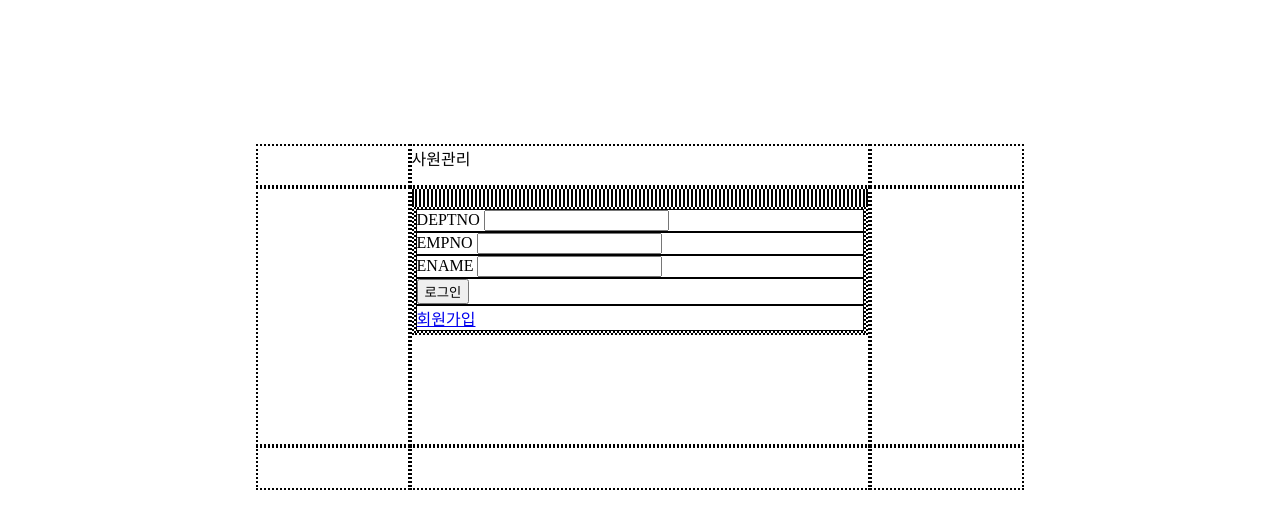
Repository: rmsgh2392/jee-company
Page: http://localhost/company/facade.do
The author's editor kept a copy of each file at every save. The page is drawn from the files as they stood at one save, then again after a run of saves.
The browser window is 1280 px wide. The pictures show the whole page.
The page is served by Tomcat 9. Other server files are loaded and not shown.

Above is the page before, as saved 2019-10-07 10:20:10.

### company/WebContent/WEB-INF/views/facade/main.jsp
<%@ page language="java" contentType="text/html; charset=UTF-8"
    pageEncoding="UTF-8"%>
<%@taglib prefix="e" uri="http://java.sun.com/jsp/jstl/core"%>
<jsp:include page="../common/head.jsp"/>
<div class="container">
<div></div> <div>사원관리</div> <div></div>
<div></div>
<div class="content">
<e:choose>
	<e:when test="${page eq 'login'}">
		<jsp:include page="login.jsp"/>
	</e:when>
	<e:when test="${page eq 'join'}">
		<jsp:include page="join.jsp"/>
	</e:when>
	<e:when test="${page eq 'mypage'}">
		<jsp:include page="mypage.jsp"/>
	</e:when>
</e:choose>
</div>
<div></div>
<div></div>
<div></div>
<div></div>
</div>
<jsp:include page="../common/foot.jsp"/>
<script>
app.init('${ctx}');
</script>

### company/WebContent/WEB-INF/views/common/head.jsp
<%@ page language="java" contentType="text/html; charset=UTF-8"
    pageEncoding="UTF-8"%>
<!DOCTYPE html>
<html>
<head>
<meta charset="UTF-8">
<title>Insert title here</title>
<script src="${js}/jquery.js"></script>
<link rel="stylesheet" type="text/css" href="${css}/style.css"/></link>
<script src="${js}/app.js"></script>
</head>
<body>
<div class="wrapper">
<div></div> <div></div> <div></div>
<div></div>

### company/WebContent/WEB-INF/views/facade/login.jsp
<%@ page language="java" contentType="text/html; charset=UTF-8"
    pageEncoding="UTF-8"%>
<div></div><div></div>
<div></div><div></div>
<div>
<form id="login_form">
	<div id="login_tab">
		<div id="login_tab_item_1">
			DEPTNO <input id="deptname" class="login_text" type="text" name="deptNo"/>
		</div>
		<div id="login_tab_item_2">
			EMPNO <input id="username" class="login_text" type="text" name="empNo"/>
		</div>
		<div id="login_tab_item_3">
			ENAME <input id="userpw" class="login_text" type="text" name="ename"/>
		</div>
		<div id="login_tab_item_4">
			<input id="login_btn" type="button" value="로그인"/>
		</div>
		<div id="login_tab_item_5">
			<a id="a_join" href="#">회원가입</a>
		</div>
		<input type="hidden" name="action" value="login"/>
		<input type="hidden" name="page" value="mypage"/>
	</div>
</form>
</div>
<script>
app.init('${ctx}');
</script>

### company/WebContent/WEB-INF/views/common/foot.jsp
<%@ page language="java" contentType="text/html; charset=UTF-8"
    pageEncoding="UTF-8"%>
<div></div> <div></div> <div></div>
<div></div>
</body>
</html>

### company/src/com/company/web/controllers/FacadeController.java
package com.company.web.controllers;

import java.io.IOException;
import javax.servlet.ServletException;
import javax.servlet.annotation.WebServlet;
import javax.servlet.http.HttpServlet;
import javax.servlet.http.HttpServletRequest;
import javax.servlet.http.HttpServletResponse;

import com.company.web.pool.Constants;

@WebServlet("/facade.do")
public class FacadeController extends HttpServlet {
	private static final long serialVersionUID = 1L;

	enum Resources{
		CTX, CSS, JS
	}
	protected void doGet(HttpServletRequest request, HttpServletResponse response) throws ServletException, IOException {
		for(Resources r : Resources.values()) {
			if(r.toString().toLowerCase().equals("ctx")) {
				request.getSession().setAttribute(r.toString().toLowerCase(), request.getContextPath());
			}else {
				request.getSession().setAttribute(r.toString().toLowerCase(), request.getContextPath() + "/resources/" + r.toString().toLowerCase());

			}

		}
		if(request.getParameter("page")==null) {
			request.setAttribute("page", "login");
		}else {
			request.setAttribute("page", request.getParameter("page"));
		}
		request.getRequestDispatcher
		(String.format(Constants.DOUBLE_PATH
				,request.getServletPath().substring(1,request.getServletPath().indexOf(".")),"main"))
		.forward(request, response);

	}

}

### company/WebContent/resources/css/style.css
@charset "UTF-8";
html, body{
	margin: 0;
	height: 100%;
	overflow: hidden;
}
.wrapper{
	display : grid;
	width: 100%;
	height:100%;
	grid-template-columns: 20% 60% 20%;
	grid-template-rows: 20% 60% 20%;
}
.container{
	display : grid;
	width: 100%;
	height:100%;
	grid-template-columns: 20% 60% 20%;
	grid-template-rows : 10% 60% 10%;
}
.container div{border : 2px dotted black;}
#login_form{width:100%;height:100%}
#login_tab div{border : 1px solid black;}

### company/WebContent/resources/js/app.js
var app = (()=>{
	return {
		init : (ctx)=>{
			employeeService.login(ctx);
			employeeService.join(ctx);
			employeeService.moveJoin(ctx);

		}

	};

})();

var player = (()=>{
	var _empNo,_ename,_job,_mgr,_hireDate,_sal,_comm,_deptNo;

	var setDeptNo = (deptNo)=>{this.deptNo = deptNo;}
	var setEmpNo = (empNo)=>{this.empNo = empNo;}
	var setEname = (ename)=>{this.ename = ename;}
	var getDeptNo = ()=>{return this._deptNo;}
	var getEmpNo = ()=>{return this. _empNo;}
	var getEname = ()=>{return this._ename;}
	return {
		setDeptNo : setDeptNo,
		setEmpNo  :  setEmpNo ,
		setEname : setEname,
		getDeptNo : getDeptNo,
		getEmpNo : getEmpNo,
		getEname : getEname
	};
})();

var employeeService = (()=>{
	return {
		login : (ctx)=>{
			$('#login_btn').click(()=>{
				if($('#username').val()===''||$('#userpw').val()===''||$('#deptname').val()===''){
					alert('필수값이 없습니다.');
				}else{
					/*alert('입력한 값 아이디'+$('#username').val());*/
					$('#login_form').attr('action',ctx+'/company.do');
					$('#login_form').attr('method','GET');
					$('#login_form').submit();
				}

			});
		},
		join: (ctx)=>{
			$('#join_btn').click(()=>{
				if($('#join_empNo').val()===''||$('#join_ename').val()===''){
					alert('필수값이 없습니다.');
				}else{
					/*alert('입력한 값 아이디'+$('#join_empNo').val());*/
					$('#join_form').attr('action',ctx+'/company.do');
					$('#join_form').attr('method','GET');
					$('#join_form').submit();
				}
			});
		},
		moveJoin : (ctx)=>{
			$('#a_join').click(()=>{

				location.assign(ctx+'/facade.do?page=join')
			});
		},


		search: (ctx)=>{
			$('#find2').click(()=>{
				location.assign(ctx+'/player.do?action=search&page=a_position');
			});

			$('#find4').click(()=>{
				location.assign(ctx+'/player.do?action=search&page=4_find_by_teamid_position');

			});

		}

	};
})();

Loaded but not shown: company/WebContent/resources/js/jquery.js (library)

After the next 2 saves:
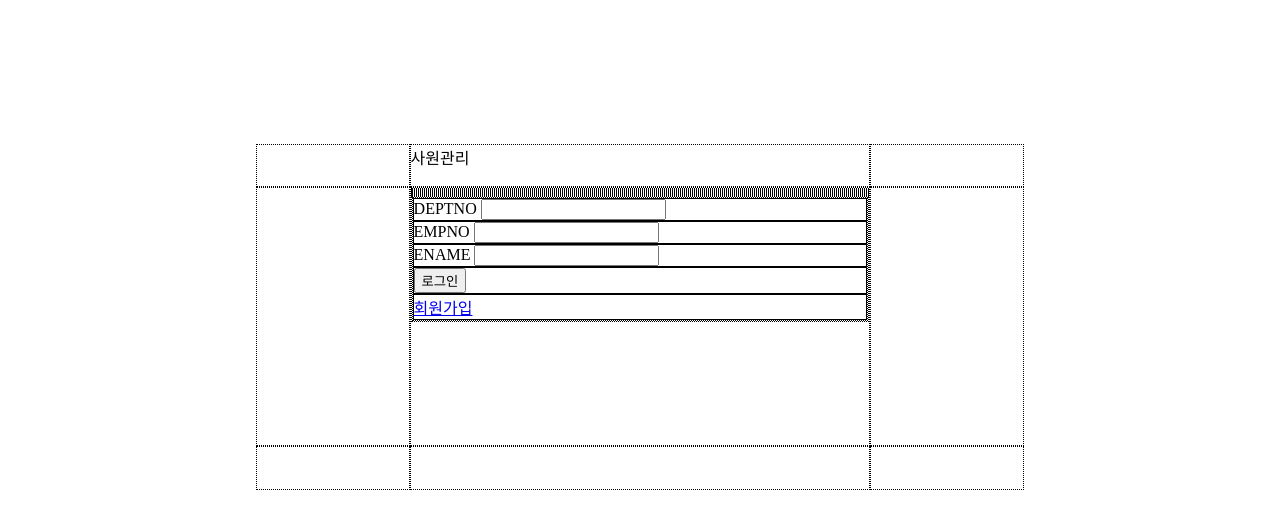
The 2 saves are shown as one change because they came seconds apart.
The last was saved 43 s later.
--- a/company/WebContent/resources/css/style.css
+++ b/company/WebContent/resources/css/style.css
@@ -18,6 +18,6 @@ html, body{
 	grid-template-columns: 20% 60% 20%;
 	grid-template-rows : 10% 60% 10%;
 }
-.container div{border : 2px dotted black;}
+.container div{border : 1px dotted black}
 #login_form{width:100%;height:100%}
 #login_tab div{border : 1px solid black;}
